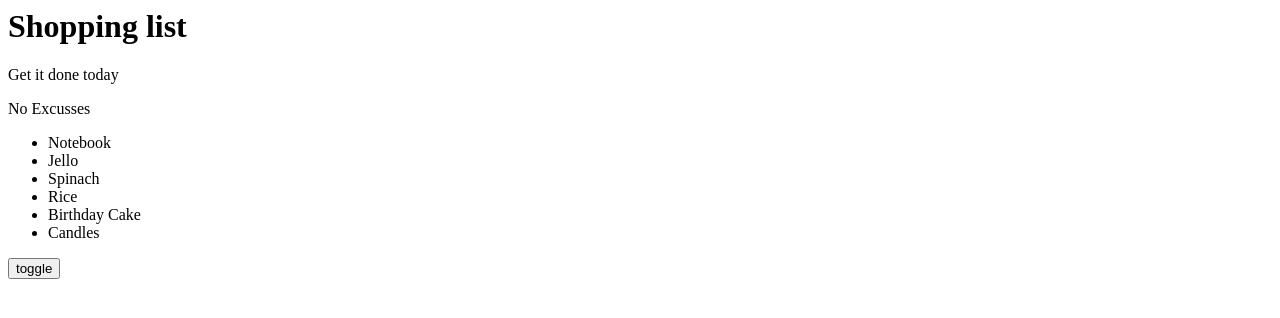
Repository: michalJanaGitHub/michalJanaGitHub.github.io
Page: projects in progress/DOM Events/index.html
These files come from the project's save history. The page is drawn as it stood at one moment and after the next save; the edit follows.
The browser window is 1280 px wide. The pictures show the whole page.

Above is the page before, as saved 2018-09-07 18:54:02.

After the next save:
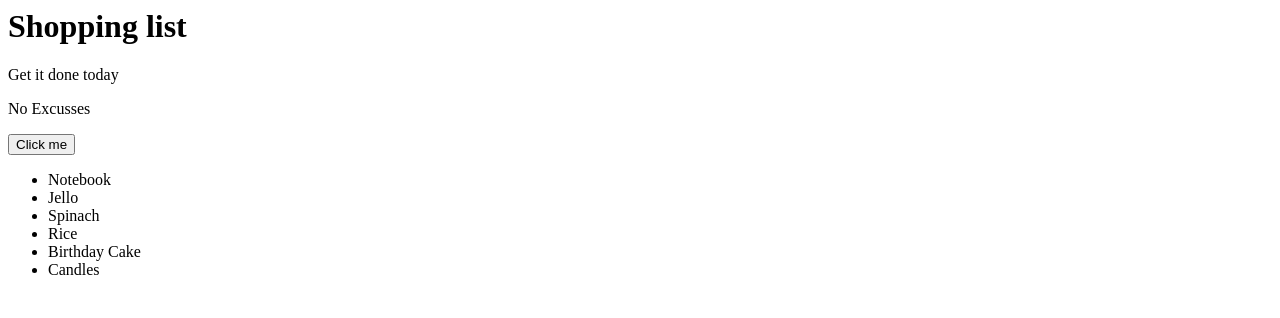
Saved 19 min 41 s later.
--- a/projects in progress/DOM Events/index.html
+++ b/projects in progress/DOM Events/index.html
@@ -12,6 +12,8 @@
     <h1>Shopping list</h1>
     <p id="first">Get it done today</p>
     <p class="second">No Excusses</p>
+    <button id="but1">Click me
+    </button>
     <ul>
         <li random="23">Notebook</li>
         <li>Jello</li>
@@ -21,6 +23,5 @@
         <li>Candles</li>
     </ul>
 
-    <button id="but1">toggle</button>
 </body>
 </html>
